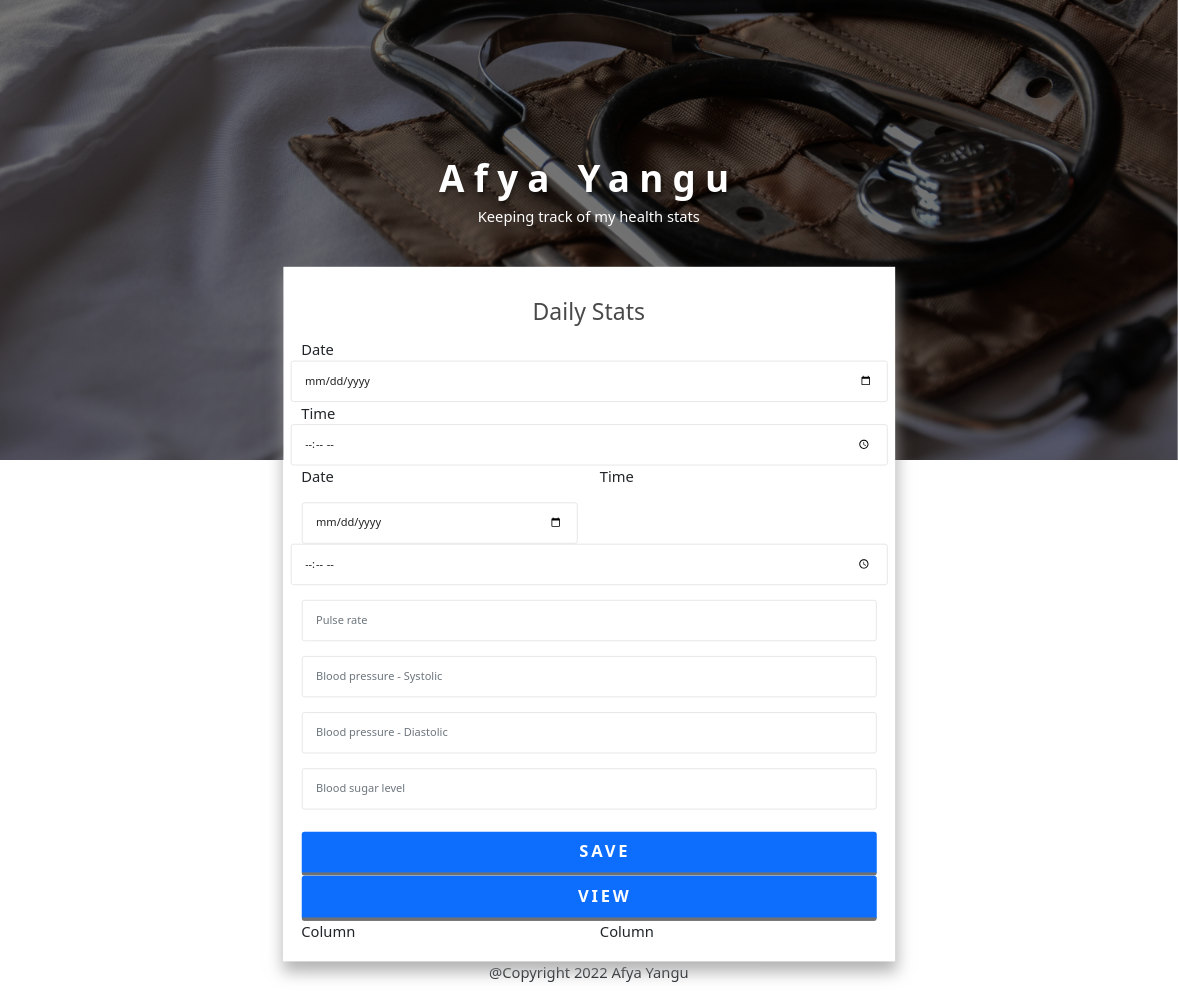
Repository: nashthecoder/afya_yangu
Page: /
The author's editor kept a copy of each file at every save. The page is drawn from the files as they stood at one save, then again after the next save.
The browser window is 1280 px wide. The pictures show the whole page, at 92% of full size.
The project was rebuilt for these pictures with package versions that can differ from the ones it lists, and the page was loaded fresh each time.

Above is the page before, as saved 2022-02-27 15:55:14.

After the next save:
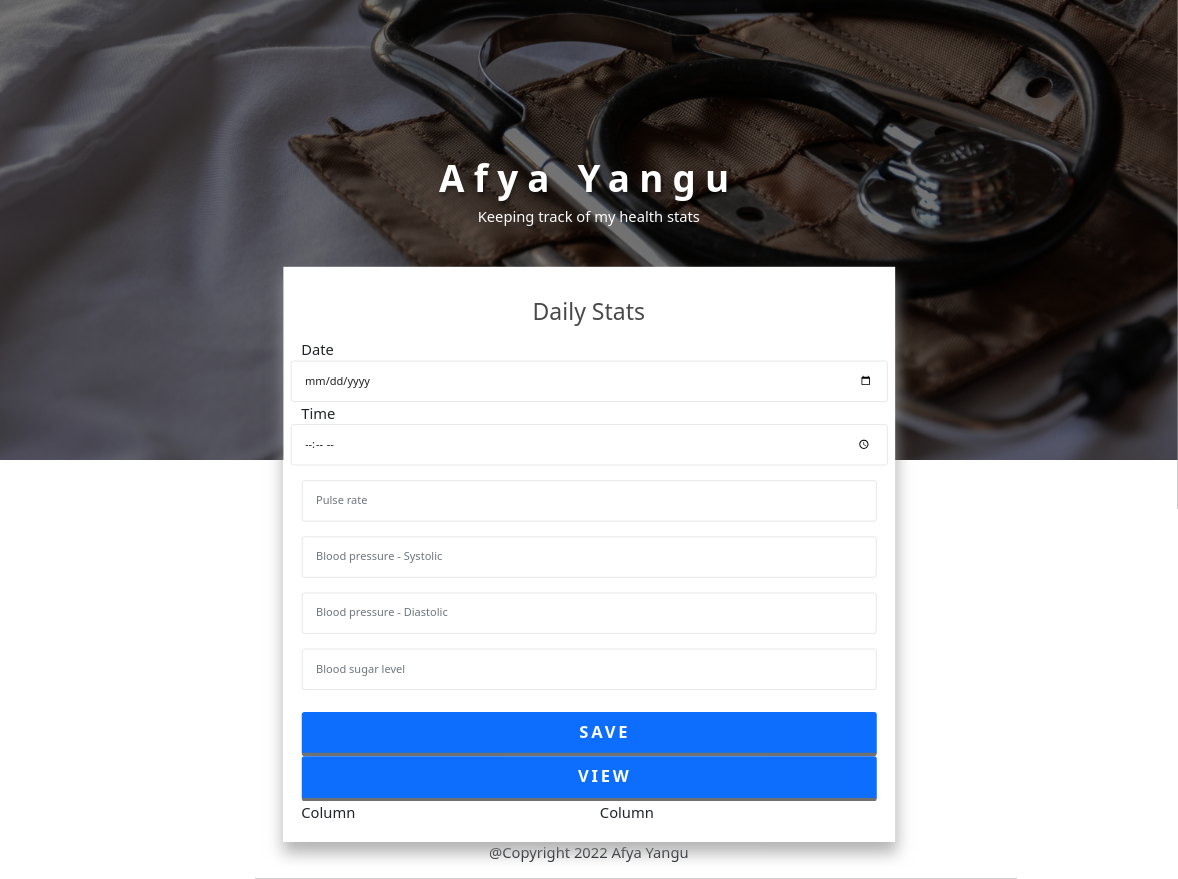
Saved 30 s later.
--- a/src/components/Form.js
+++ b/src/components/Form.js
@@ -33,28 +33,6 @@ const Form = () => {
                                     />
                                 </div>
                             </div>
-                                <div class="row">
-                                    <div class="col">
-                                        <p>Date</p>
-                                        <input
-                                            class="form-control"
-                                            id="date"
-                                            name="date"
-                                            placeholder="Date"
-                                            type="date"
-                                        />
-                                    </div>
-                                    <div class="col">
-                                        <p>Time</p>
-                                    </div>
-                                    <input
-                                        class="form-control"
-                                        id="time"
-                                        name="time"
-                                        placeholder="Time"
-                                        type="time"
-                                    />
-                                </div>
                                 <div className="mt-3">
                                 <input
                                     className="form-control"
